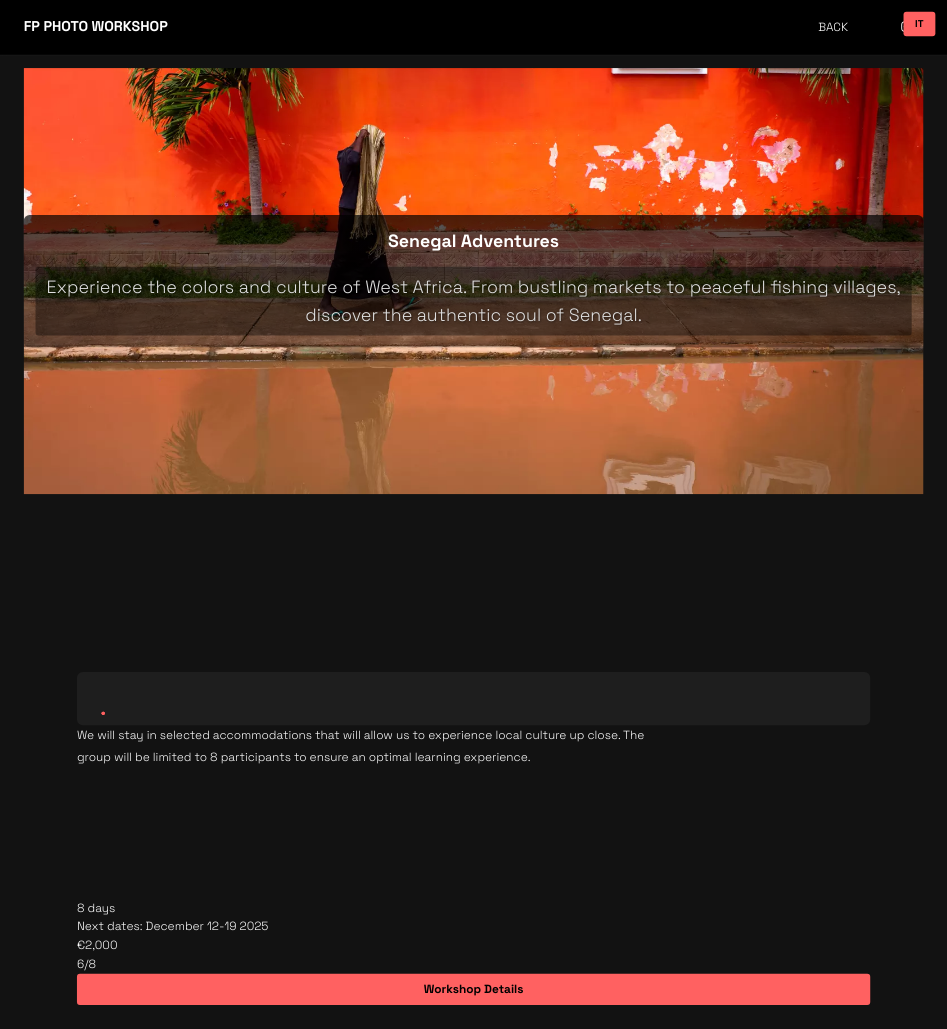
Repository: philipkdpavkia/photo-auto
Page: workshop/senegal.html
An editor plug-in stored every save of this project. The page is shown before and after the next save, followed by the edit.
The browser window is 1280 px wide. The pictures show the whole page, at 74% of full size.

Above is the page before, as saved 2024-11-22 00:58:02.

After the next save:
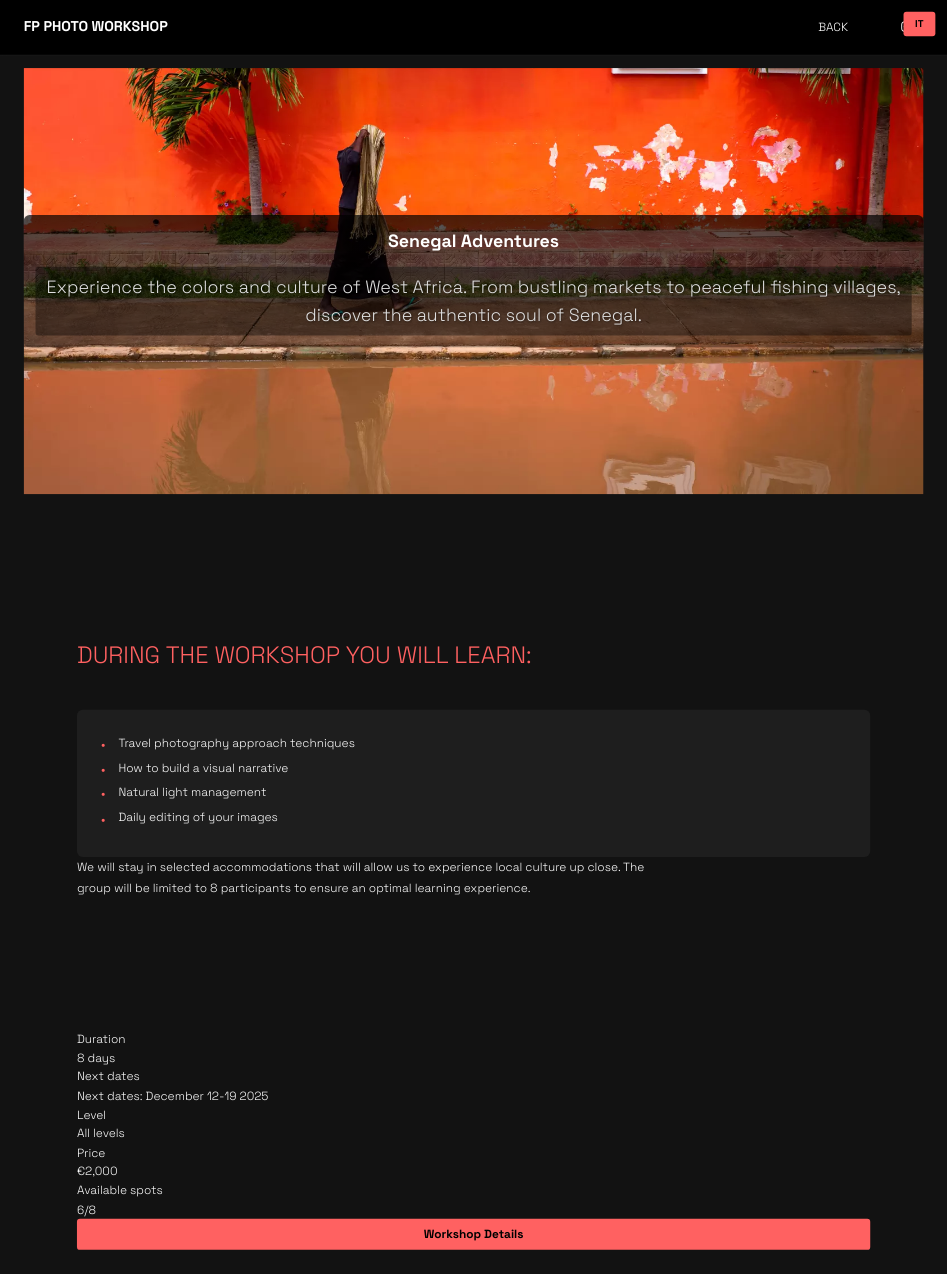
Console error: TypeError: Cannot read properties of null (reading 'addEventListener')
Saved 92 s later.
--- a/workshop/senegal.html
+++ b/workshop/senegal.html
@@ -8,7 +8,6 @@
     <link rel="canonical" href="https://francescopavia.org/workshop/senegal" />
     <link rel="stylesheet" href="https://cdnjs.cloudflare.com/ajax/libs/font-awesome/6.0.0/css/all.min.css">
     <link rel="stylesheet" href="/css/style.css">
-    <script src="/language.js"></script>
 
     <script type="application/ld+json">
     {
@@ -42,7 +41,7 @@
             <a class="logo" href="/workshop/index.html">FP PHOTO WORKSHOP</a>
             <button id="langSwitch" class="lang-switch" onclick="switchLanguage()">IT</button>
             <div class="nav-links">
-                <a href="../index.html" data-translate="workshops_page.back">Back</a>
+                <a href="../index.html" data-translate="menu.back">Back</a>
                 <a href="https://instagram.com/fpphotoworkshop" target="_blank" class="instagram-link">
                     <i class="fab fa-instagram"></i>
                 </a>
@@ -50,58 +49,63 @@
         </nav>
     </header>
 
-    <main>
+    <main class="main">
         <section class="hero">
             <div class="workshop-link">
                 <img alt="Senegal Adventures" src="../images/senegal/sen.webp" class="workshop-hero"/>
                 <div class="workshop-text">
-                    <h1 data-translate="workshops_page.cards.senegal.title"></h1>
-                    <p data-translate="workshops_page.cards.senegal.description"></p>
+                    <h1 data-translate="workshops_page.cards.senegal.title">Senegal Adventures</h1>
+                    <p data-translate="workshops_page.cards.senegal.description">Experience the colors and culture of West Africa. From bustling markets to peaceful fishing villages, discover the authentic soul of Senegal.</p>
                 </div>
             </div>
         </section>
 
         <section class="about">
             <div class="workshop-content">
-                <h2 class="section-title" data-translate="workshops_page.learn_title"></h2>
+                <h2 class="section-title" data-translate="workshops_page.learning_section.title">DURING THE WORKSHOP YOU WILL LEARN:</h2>
 
                 <div class="philosophy">
                     <ul>
-                        <li data-translate="workshops_page.techniques.1"></li>
-                        <li data-translate="workshops_page.techniques.2"></li>
-                        <li data-translate="workshops_page.techniques.3"></li>
-                        <li data-translate="workshops_page.techniques.4"></li>
+                        <li data-translate="workshops_page.learning_section.techniques.0">Travel photography approach techniques</li>
+                        <li data-translate="workshops_page.learning_section.techniques.1">How to build a visual narrative</li>
+                        <li data-translate="workshops_page.learning_section.techniques.2">Natural light management</li>
+                        <li data-translate="workshops_page.learning_section.techniques.3">Daily editing of your images</li>
                     </ul>
                 </div>
 
-                <p data-translate="workshops_page.accommodation"></p>
+                <p data-translate="workshops_page.accommodation">We will stay in selected accommodations that will allow us to experience local culture up close. The group will be limited to 8 participants to ensure an optimal learning experience.</p>
             </div>
         </section>
 
         <section class="contact">
             <div class="workshop-sidebar">
                 <div class="info-block">
-                    <div class="info-label" data-translate="workshops_page.details.duration_label"></div>
-                    <div class="info-value" data-translate="workshops_page.cards.senegal.duration"></div>
+                    <div class="info-label" data-translate="workshops_page.workshop_details.duration">Duration</div>
+                    <div class="info-value" data-translate="workshops_page.cards.senegal.duration">8 days</div>
                 </div>
                 <div class="info-block">
-                    <div class="info-label" data-translate="workshops_page.details.dates_label"></div>
-                    <div class="info-value" data-translate="workshops_page.cards.senegal.dates"></div>
+                    <div class="info-label" data-translate="workshops_page.workshop_details.dates">Next dates</div>
+                    <div class="info-value" data-translate="workshops_page.cards.senegal.dates">December 12-19, 2025</div>
                 </div>
                 <div class="info-block">
-                    <div class="info-label" data-translate="workshops_page.details.level_label"></div>
-                    <div class="info-value" data-translate="workshops_page.details.level_value"></div>
+                    <div class="info-label" data-translate="workshops_page.workshop_details.level">Level</div>
+                    <div class="info-value" data-translate="workshops_page.workshop_details.level_value">All levels</div>
                 </div>
                 <div class="info-block">
-                    <div class="info-label" data-translate="workshops_page.details.price_label"></div>
+                    <div class="info-label" data-translate="workshops_page.workshop_details.price">Price</div>
                     <div class="info-value">€2,000</div>
                 </div>
                 <div class="info-block">
-                    <div class="info-label" data-translate="workshops_page.details.spots_label"></div>
+                    <div class="info-label" data-translate="workshops_page.workshop_details.spots">Available spots</div>
                     <div class="info-value">6/8</div>
                 </div>
-                <a href="iscrizione.html?workshop=senegal" class="workshop-button" data-translate="workshops_page.cards.senegal.button"></a>
+                <a href="iscrizione.html?workshop=senegal" class="workshop-button" data-translate="workshops_page.cards.senegal.button">Workshop Details</a>
             </div>
         </section>
     </main>
+
+    <script src="/translations.json" type="application/json"></script>
+    <script src="/language.js"></script>
+    <script src="/script.js"></script>
 </body>
+</html>
